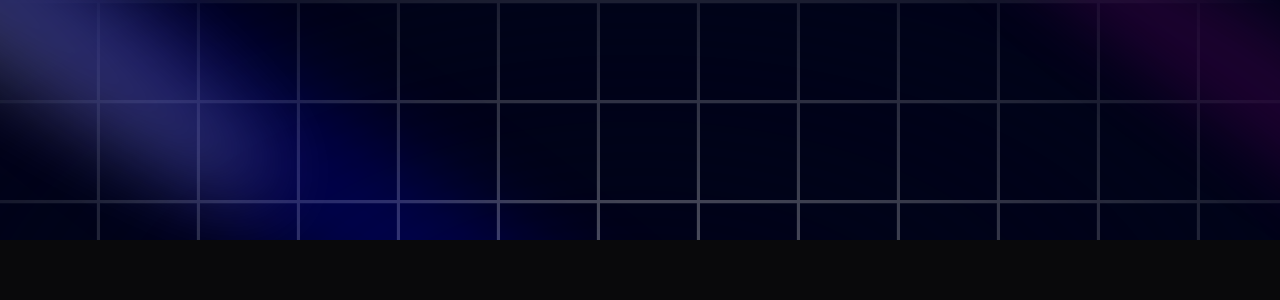
Repository: drsamame/portfolio.next
Page: /
An editor plug-in stored every save of this project. The page is shown before and after the next save, followed by the edit.
The browser window is 1280 px wide. The pictures show the whole page.
The project was rebuilt for these pictures with package versions that can differ from the ones it lists, and the page was loaded fresh each time. The framework's server and built-in components were replaced by stand-ins that run in the browser. Also part of the build but not shown: next.config.mjs.

Above is the page before, as saved 2024-07-02 15:39:56.

### app/layout.tsx
import type { Metadata } from 'next';
import { Inter } from 'next/font/google';
import './globals.css';
import { ThemeProvider } from './provider';

const inter = Inter({ subsets: ['latin'] });

export const metadata: Metadata = {
	title: "Diego's Portfolio",
	description: 'Modern & Minimalist JS Mastery Portfolio',
};

export default function RootLayout({
	children,
}: Readonly<{
	children: React.ReactNode;
}>) {
	return (
		<html lang="en">
			<body className={inter.className}>
				<ThemeProvider
					attribute="class"
					defaultTheme="dark"
					enableSystem
					disableTransitionOnChange
				>
					{children}
				</ThemeProvider>
			</body>
		</html>
	);
}

### app/page.tsx
import Hero from "@/components/Hero";


export default function Home() {
  return (
    <main className="relative bg-black-100 flex justify-center items-center flex-col overflow-hidden mx-auto sm:px-10 px-5">
      <div className="max-w-7xl w-full">
        <Hero />
      </div>
    </main>
  );
}

### components/Hero.tsx
import React from 'react';
import { Spotlight } from '@/components/ui/Spotlight';

function Hero() {
	return (
		<div className="pb-20 pt-36">
			<div>
				{' '}
				<Spotlight
					className="-top-40 -left-10 md:-left-32 md:-top-20p h-screen"
					fill="white"
				/>
				<Spotlight
					className="top-10 left-full h-[80vh] w-[50vw]"
					fill="purple"
				/>
				<Spotlight className="top-28 left-80 h-[80-vh] w-[50vw]" fill="blue" />
			</div>
			<div className="h-screen w-full dark:bg-black-100 bg-white  dark:bg-grid-white/[0.3] bg-grid-black/[0.2] flex items-center justify-center absolute left-0 top-0">
				<div className="absolute pointer-events-none inset-0 flex items-center justify-center dark:bg-black-100 bg-white [mask-image:radial-gradient(ellipse_at_center,transparent_20%,black)]"></div>
			</div>
			<div className='flex justify-center'>
				<div className='max-w-[89vw] md:max-w-2xl lg:max-w-[60vw] flex flex-col items-center justify-center'>
					<h2 className='uppercase tracking-widest text-xs text-center text-blue-100 max-w-80'>Dinamic Web Magic with Next.Js</h2>
				</div>
			</div>
		</div>
	);
}

export default Hero;

### components/ui/Spotlight.tsx
import React from "react";
import { cn } from "@/utils/cn";

type SpotlightProps = {
  className?: string;
  fill?: string;
};

export const Spotlight = ({ className, fill }: SpotlightProps) => {
  return (
    <svg
      className={cn(
        "animate-spotlight pointer-events-none absolute z-[1]  h-[169%] w-[138%] lg:w-[84%] opacity-0",
        className
      )}
      xmlns="http://www.w3.org/2000/svg"
      viewBox="0 0 3787 2842"
      fill="none"
    >
      <g filter="url(#filter)">
        <ellipse
          cx="1924.71"
          cy="273.501"
          rx="1924.71"
          ry="273.501"
          transform="matrix(-0.822377 -0.568943 -0.568943 0.822377 3631.88 2291.09)"
          fill={fill || "white"}
          fillOpacity="0.21"
        ></ellipse>
      </g>
      <defs>
        <filter
          id="filter"
          x="0.860352"
          y="0.838989"
          width="3785.16"
          height="2840.26"
          filterUnits="userSpaceOnUse"
          colorInterpolationFilters="sRGB"
        >
          <feFlood floodOpacity="0" result="BackgroundImageFix"></feFlood>
          <feBlend
            mode="normal"
            in="SourceGraphic"
            in2="BackgroundImageFix"
            result="shape"
          ></feBlend>
          <feGaussianBlur
            stdDeviation="151"
            result="effect1_foregroundBlur_1065_8"
          ></feGaussianBlur>
        </filter>
      </defs>
    </svg>
  );
};

Loaded but not shown: app/globals.css (common file); app/provider.tsx (common file); utils/cn.ts (common file); tailwind.config.ts (common file)

After the next save:
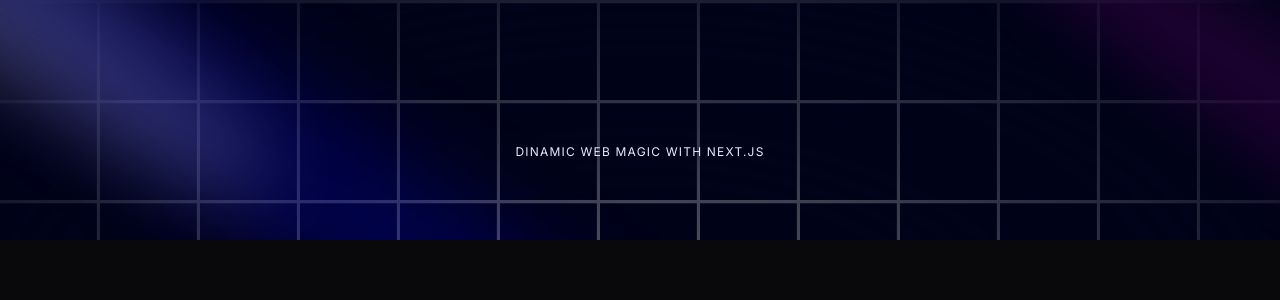
Saved 58 s later.
--- a/components/Hero.tsx
+++ b/components/Hero.tsx
@@ -19,7 +19,7 @@
 			<div className="h-screen w-full dark:bg-black-100 bg-white  dark:bg-grid-white/[0.3] bg-grid-black/[0.2] flex items-center justify-center absolute left-0 top-0">
 				<div className="absolute pointer-events-none inset-0 flex items-center justify-center dark:bg-black-100 bg-white [mask-image:radial-gradient(ellipse_at_center,transparent_20%,black)]"></div>
 			</div>
-			<div className='flex justify-center'>
+			<div className='flex justify-center relative'>
 				<div className='max-w-[89vw] md:max-w-2xl lg:max-w-[60vw] flex flex-col items-center justify-center'>
 					<h2 className='uppercase tracking-widest text-xs text-center text-blue-100 max-w-80'>Dinamic Web Magic with Next.Js</h2>
 				</div>
